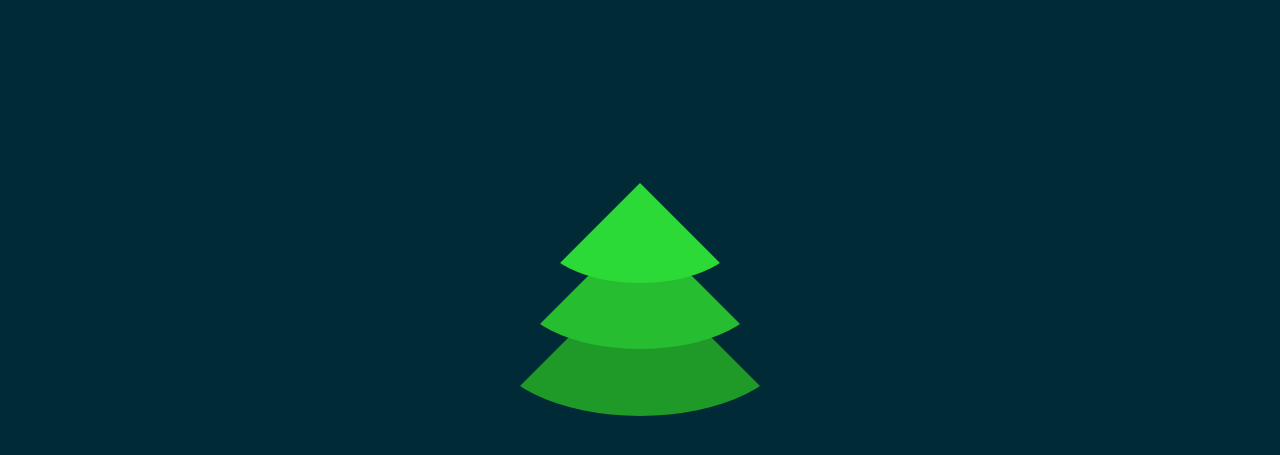
Repository: supakorn5039-boon/Christmas
Page: index.html
An editor plug-in stored every save of this project. The page is shown before and after a run of saves, followed by the edit.
The browser window is 1280 px wide. The pictures show the whole page.

Above is the page before, as saved 2023-12-25 08:44:32.

After the next 7 saves:
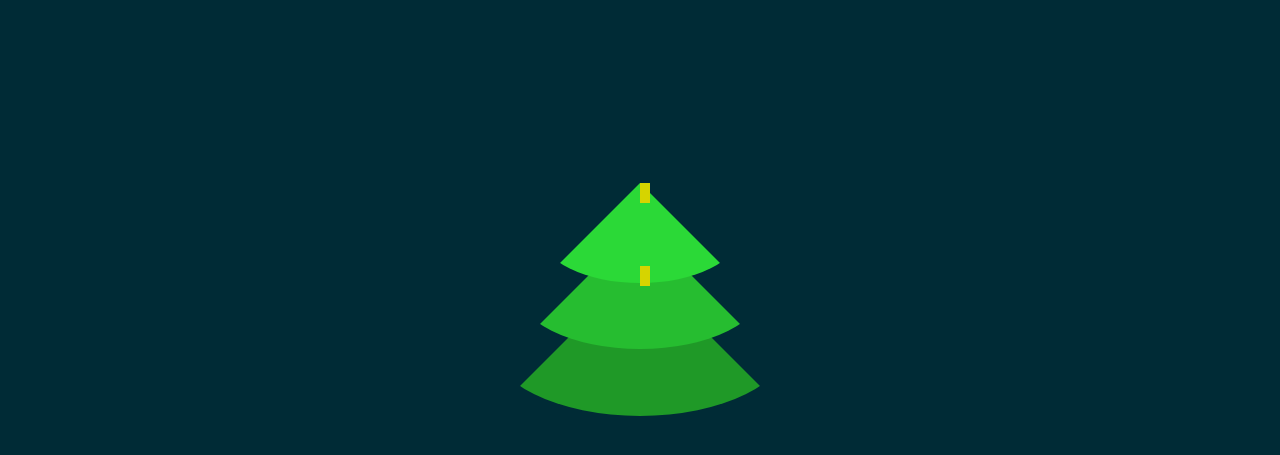
The 7 saves are shown as one change because they came seconds apart.
The last was saved 17 s later.
--- a/styles.css
+++ b/styles.css
@@ -77,5 +77,9 @@
 .t3::after {
   position: absolute;
   content: "";
-  background:;
+  background:#d6d400;
+  z-index: 3;
+  width: 10px;
+  height: 20px;
+
 }
